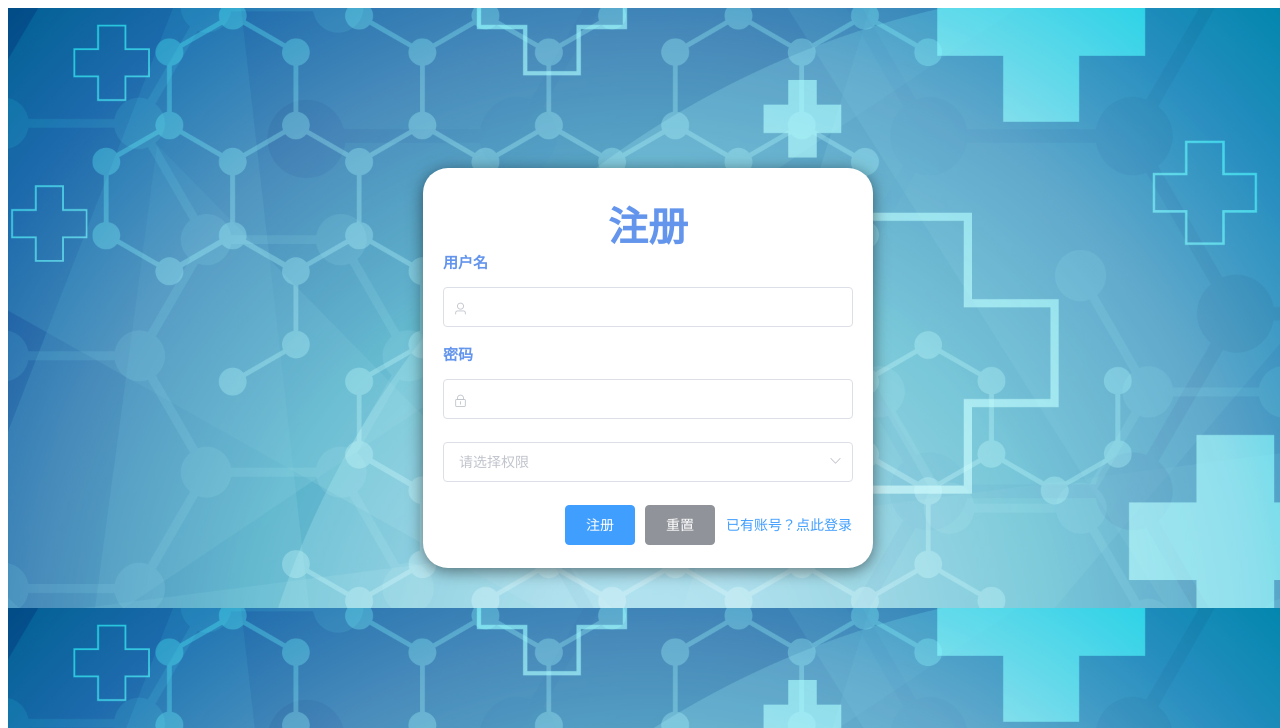
Repository: ShaoCHis/WEB-SOA-frontEnd
Page: /#/register
The author's editor kept a copy of each file at every save. The page is drawn from the files as they stood at one save, then again after the next save.
The browser window is 1280 px wide. The pictures show the whole page.
The project was rebuilt for these pictures with package versions that can differ from the ones it lists, and the page was loaded fresh each time. Also part of the build but not shown: src/components/Login.vue, src/components/test.vue, src/components/test2.vue, src/components/Admin/ManagePage.vue, src/components/Hospital/HMainPage.vue, src/components/Patient/MainPage.vue.

Above is the page before, as saved 2021-11-16 21:16:38.

### src/main.js
import Vue from 'vue'
import App from './App.vue'
import router from './router'
import axios from 'axios'//axios
import './plugins/element.js'
import './assets/icon/iconfont.css'
Vue.config.productionTip = false
Vue.prototype.$axios = axios//axios

new Vue({
  router,
  render: h => h(App),
  template: '<App/>'
}).$mount('#app')



//import ElementUI from 'element-ui' //element-ui的全部组件
//import 'element-ui/lib/theme-chalk/index.css'//element-ui的css
//Vue.use(ElementUI) //使用elementUI

/* eslint-disable no-new */
// new Vue({
//   el: '#app',
//   router,
//   components: { App },
//   template: '<App/>'
// })

### src/App.vue
<template>
  <div id="app">
      <router-view v-if="isRouterAlive" />
  </div>
</template>

<script>


export default {
  name:"app",
  provide(){
		return{
			reload:this.reload
		}
	},
data(){
		return{
			isRouterAlive:true
		}
	},
	methods: {
		reload() {
			this.isRouterAlive=false
			this.$nextTick(function(){
				this.isRouterAlive=true
			})
		}
  }
};
</script>

<style>
html,body,#app{

 height: 100%;

}
</style>

### src/router/index.js
import Vue from 'vue'
import Router from 'vue-router'
// import Login from '@/components/Login'
// import Result from '@/components/Result'
import Login from '../components/Login.vue'
import test from '../components/test.vue'
import test2 from '../components/test2.vue'
import Register from '../components/Register.vue'
import ManagePage from '../components/Admin/ManagePage.vue'
import HMainPage from '../components/Hospital/HMainPage.vue'
import MainPage from '../components/Patient/MainPage.vue'

Vue.use(Router)

export default new Router({
  routes: [
    { path: '/', component: Login},
    { path: '/login', component: Login},
    { path: '/register', component: Register},
    { path: '/managepage', component: ManagePage},
    { path: '/hmainpage', component: HMainPage},
    { path: '/mainpage', component: MainPage},
    { path: '/test', component: test},
    { path: '/test2', component: test2},
  ]
})

### src/plugins/element.js
import Vue from 'vue'
import 'element-ui/lib/theme-chalk/index.css'
import {
  Avatar,
  Pagination,
  Dialog,
  Autocomplete,
  Dropdown,
  DropdownMenu,
  DropdownItem,
  Menu,
  Submenu,
  MenuItem,
  MenuItemGroup,
  Input,
  InputNumber,
  Radio,
  RadioGroup,
  RadioButton,
  Checkbox,
  CheckboxButton,
  CheckboxGroup,
  Switch,
  Select,
  Option,
  OptionGroup,
  Button,
  ButtonGroup,
  Table,
  Divider,
  TableColumn,
  DatePicker,
  TimeSelect,
  TimePicker,
  Popover,
  Tooltip,
  Breadcrumb,
  BreadcrumbItem,
  Form,
  FormItem,
  Tabs,
  TabPane,
  Tag,
  Tree,
  Alert,
  Slider,
  Icon,
  Row,
  Col,
  Upload,
  Progress,
  Spinner,
  Badge,
  Card,
  Rate,
  Steps,
  Step,
  Carousel,
  CarouselItem,
  Collapse,
  CollapseItem,
  Cascader,
  ColorPicker,
  Transfer,
  Container,
  Header,
  Aside,
  Main,
  Footer,
  Timeline,
  TimelineItem,
  Link,
  Image,
  Calendar,
  Backtop,
  PageHeader,
  CascaderPanel,
  Loading,
  MessageBox,
  Message,
  Notification,
  Popconfirm
} from 'element-ui';
Vue.use(Avatar);
Vue.use(Pagination);
Vue.use(Dialog);
Vue.use(Autocomplete);
Vue.use(Dropdown);
Vue.use(DropdownMenu);
Vue.use(DropdownItem);
Vue.use(Menu);
Vue.use(Submenu);
Vue.use(MenuItem);
Vue.use(MenuItemGroup);
Vue.use(Input);
Vue.use(InputNumber);
Vue.use(Radio);
Vue.use(RadioGroup);
Vue.use(RadioButton);
Vue.use(Checkbox);
Vue.use(CheckboxButton);
Vue.use(CheckboxGroup);
Vue.use(Switch);
Vue.use(Select);
Vue.use(Option);
Vue.use(OptionGroup);
Vue.use(Button);
Vue.use(ButtonGroup);
Vue.use(Table);
Vue.use(Divider);
Vue.use(TableColumn);
Vue.use(DatePicker);
Vue.use(TimeSelect);
Vue.use(TimePicker);
Vue.use(Popover);
Vue.use(Popconfirm);
Vue.use(Tooltip);
Vue.use(Breadcrumb);
Vue.use(BreadcrumbItem);
Vue.use(Form);
Vue.use(FormItem);
Vue.use(Tabs);
Vue.use(TabPane);
Vue.use(Tag);
Vue.use(Tree);
Vue.use(Alert);
Vue.use(Slider);
Vue.use(Icon);
Vue.use(Row);
Vue.use(Col);
Vue.use(Upload);
Vue.use(Progress);
Vue.use(Spinner);
Vue.use(Badge);
Vue.use(Card);
Vue.use(Rate);
Vue.use(Steps);
Vue.use(Step);
Vue.use(Carousel);
Vue.use(CarouselItem);
Vue.use(Collapse);
Vue.use(CollapseItem);
Vue.use(Cascader);
Vue.use(ColorPicker);
Vue.use(Transfer);
Vue.use(Container);
Vue.use(Header);
Vue.use(Aside);
Vue.use(Main);
Vue.use(Footer);
Vue.use(Timeline);
Vue.use(TimelineItem);
Vue.use(Link);
Vue.use(Divider);
Vue.use(Image);
Vue.use(Calendar);
Vue.use(Backtop);
Vue.use(PageHeader);
Vue.use(CascaderPanel);

Vue.use(Loading.directive);

Vue.prototype.$loading = Loading.service;
Vue.prototype.$msgbox = MessageBox;
Vue.prototype.$alert = MessageBox.alert;
Vue.prototype.$confirm = MessageBox.confirm;
Vue.prototype.$prompt = MessageBox.prompt;
Vue.prototype.$notify = Notification;
Vue.prototype.$message = Message;

### src/assets/icon/iconfont.css
@font-face {
  font-family: "iconfont"; /* Project id 2933034 */
  src: url('iconfont.woff2?t=1636685974259') format('woff2'),
       url('iconfont.woff?t=1636685974259') format('woff'),
       url('iconfont.ttf?t=1636685974259') format('truetype');
}

.iconfont {
  font-family: "iconfont" !important;
  font-size: 16px;
  font-style: normal;
  -webkit-font-smoothing: antialiased;
  -moz-osx-font-smoothing: grayscale;
}

.icon-xiaozu:before {
  content: "\e69a";
  font-size: 18px;
  margin-right: 3px;
  margin-top:2px;
}

### src/components/Register.vue
<template>
<div>
    <div class="register_container" >
        <div class="register_box">
            <div class="tip">
             <h1>注册</h1>
            </div>
            <!-- 头像区域 -->
            <!-- <div class="avatar_box">
               <img src="../assets/back.jpg" alt="">
            </div> -->
            <!-- 登录表单 -->
            <el-form ref="registerFormRef" :model="registerForm" :rules="registerFormRules" label-width="0px" class="register_form">
                <!-- 用户名 -->
                <div class="item-name">
                        <p>用户名</p>
                    </div>
                <el-form-item prop="userid" class="item-props">
                     <el-input v-model="registerForm.userid" prefix-icon="el-icon-user"></el-input>
                </el-form-item>
                <!-- 密码 -->
                <div class="item-name">
                        <p>密码</p>
                    </div>
                <el-form-item prop="password">
                     <el-input v-model="registerForm.password" prefix-icon="el-icon-lock"
                     type="password"></el-input>
                </el-form-item>
                <!-- 身份 -->
                <el-form-item prop="role"  >
                   <el-select v-model="registerForm.role" @change="searchSelect(registerForm.role)" placeholder="请选择权限"  style="width:100%" prefix>
                      <el-option v-for="item in options"
                       :key="item.role"
                       :label="item.label"
                       :value="item.role">
                       </el-option>
                  </el-select>
                </el-form-item>

                <!-- 按钮区域 -->
                <el-form-item class="btns">
                     <el-button type="primary" @click="register">注册</el-button>
                     <el-button type="info" @click="resetregisterForm">重置</el-button>
                     <el-button type="text" @click="login">已有账号？点此登录</el-button>
                </el-form-item>
            </el-form>

        </div>
    </div>
</div>
</template>

<script>
export default {

    data(){
        return{

           registerForm:{
                userid:'',
                password:'',
                role:'',
            },
            options: [
                {label:"学生",role:'Student'},
                     { label:"教师" ,role:"Teacher"},
                     {label:"管理员", role:"Admin"}],


            registerFormRules:{
                userid:[{required: true, message: '请输入登录账号', trigger: "blur" },
                { min: 4, max: 10, message: '长度在 5 到 10 个字符', trigger: "blur"}
                ],
                password:[{required: true, message: '请输入登录密码', trigger: "blur" },
                { min: 3, max: 15, message: '长度在 5 到 15 个字符', trigger: "blur"}]
            },
            searchSelect(val){
                console.log(val)
                this.value = val
                console.log(this.registerForm)
            },

        };

  },
  methods:{
      //重置按钮
      resetRegisterForm(){
         // console.log(this)
          this.$refs.registerFormRef.resetFields();
      },
      register(){
        //  if(this.value=="Student") this.$router.push('/mainpage');
        //  if(this.value=="Teacher") this.$router.push('/tmainpage');
        //  if(this.value=="Admin") this.$router.push('/managepage');
      },
      login(){
          this.$router.push('/login');
      },
  }

};

</script>

<style lang="less" scoped>
.tip{
          color: cornflowerblue;
          font-size: 20px;
          font-weight: bold;
          text-align: center;
          margin-bottom: 30px;
}

.register_container{
    background-color: #5c2c948c;
    background-image:url('../assets/back.jpeg');
    background-size: 100%,100%;
    height: 100%;
    width: 100%;
    position: fixed;
}

.register_box{
    width:450px;
    // height:340px;
    height:400px;
    background-color: #fff;
    border-radius: 25px;
    position:absolute;
    left:50%;
    top:50%;
    transform: translate(-50%,-50%);
    box-shadow: 0 3px 16px rgba(0, 0, 0, 0.5);
    .avatar_box{
        height:110px;
        width:110px;
        border:1px solid #eee;
        border-radius:50%;
        padding:5px;
        box-shadow:0 0 2px #ddd;
        position: absolute;
        left: 50%;
        transform: translate(-50%,-50%);
        background-color: #fff;
        img{
            width:100%;
            height:100%;
            border-radius: 50%;
            background-color: #eee;
        }
    }
}
.register_form{
    position:absolute;
    bottom:0;
    width: 100%;
    padding:0 20px;
    box-sizing: border-box;

}

.item-props{
   margin-bottom: 0 ;
}

.item-name{
    color: cornflowerblue;
    font-size: 15px;
    font-weight: bold;
    //text-align: center;
    // padding:10 ;
    top: auto;
    //margin-bottom: 30px;
}

.btns{
   display:flex;
   justify-content: flex-end;
}


</style>

Loaded but not shown: public/index.html (common file)

After the next save:
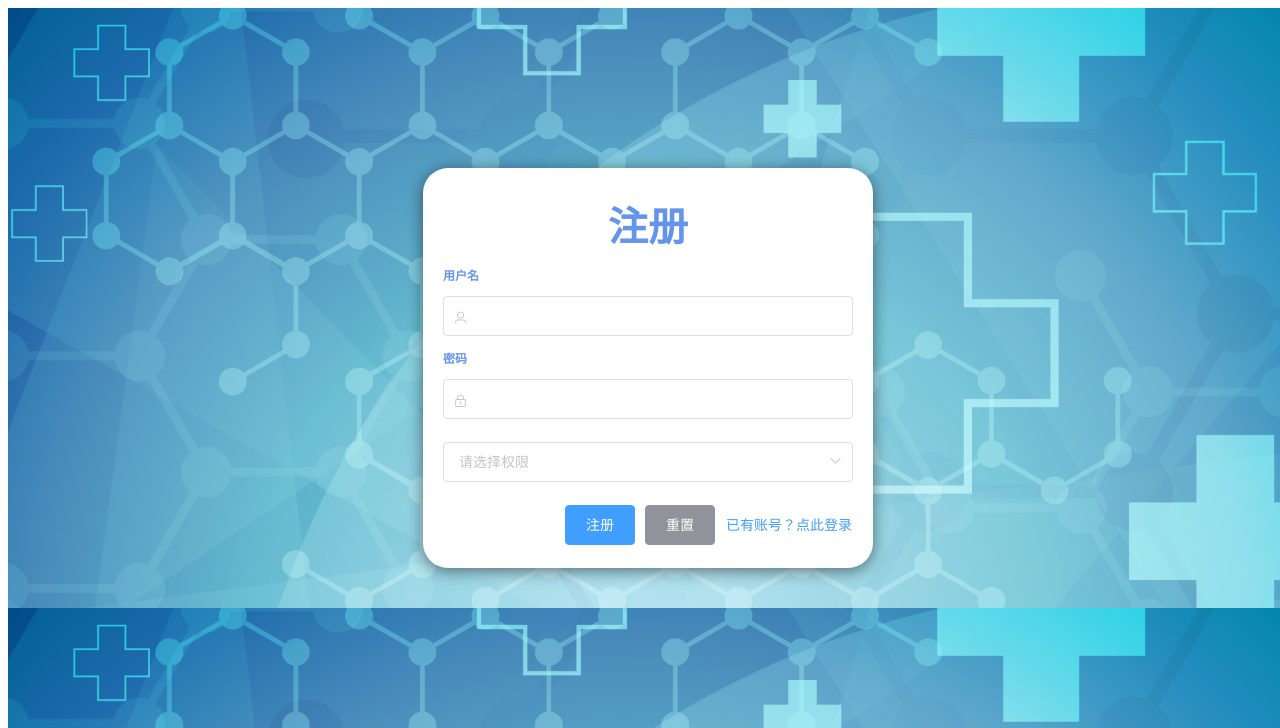
Saved 12 s later.
--- a/src/components/Register.vue
+++ b/src/components/Register.vue
@@ -166,7 +166,7 @@ export default {
 
 .item-name{
     color: cornflowerblue;
-    font-size: 15px;
+    font-size: 12px;
     font-weight: bold;
     //text-align: center;
     // padding:10 ;
